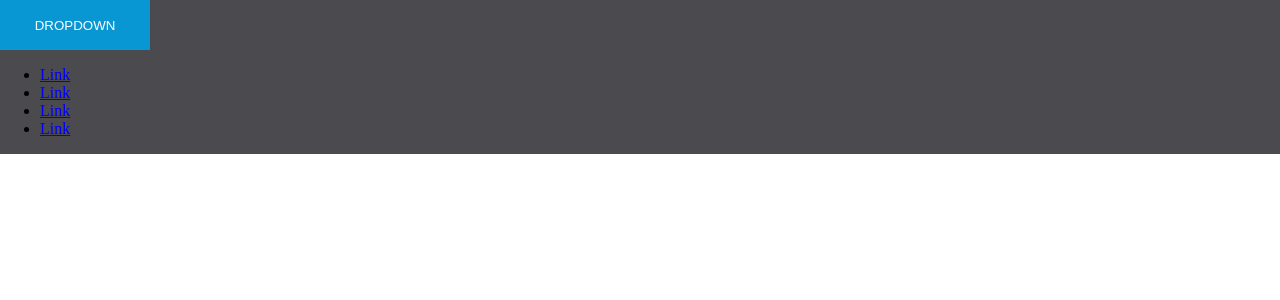
Repository: Scuzeme/pure_css_dropdown
Page: index.html
The author's editor kept a record of every edit. The page is drawn from the files as they stood at one moment, then again after the next edit.
The browser window is 1280 px wide. The pictures show the whole page.

Above is the page before.

### index.html
<!DOCTYPE html>
<html lang="en">
<head>
    <meta charset="UTF-8">
    <meta name="viewport" content="width=device-width, initial-scale=1.0">
    <meta http-equiv="X-UA-Compatible" content="ie=edge">
    <link rel="stylesheet" href="main.css" type="text/css" />
    <title>Document</title>
</head>
<body>
    <nav class="navDefault">
        <button>Dropdown</button>
        <ul class="dropdownMenu">
            <li class="dropdownItem"><a href="#" class="dropdownLink">Link</a></li>
            <li class="dropdownItem"><a href="#" class="dropdownLink">Link</a></li>
            <li class="dropdownItem"><a href="#" class="dropdownLink">Link</a></li>
            <li class="dropdownItem"><a href="#" class="dropdownLink">Link</a></li>
        </ul>
    </nav>

</body>
</html>

### main.css
.navDefault {
    position: fixed;
    top:0;
    left:0;
    right: 0;
    background-color: #4a4a4f;
}

button {
    border:none;
    background-color: #0997d3;
    width: 150px;
    height:50px;
    color:#fff;
    text-transform: uppercase;
    cursor:pointer;
}

After the next edit:
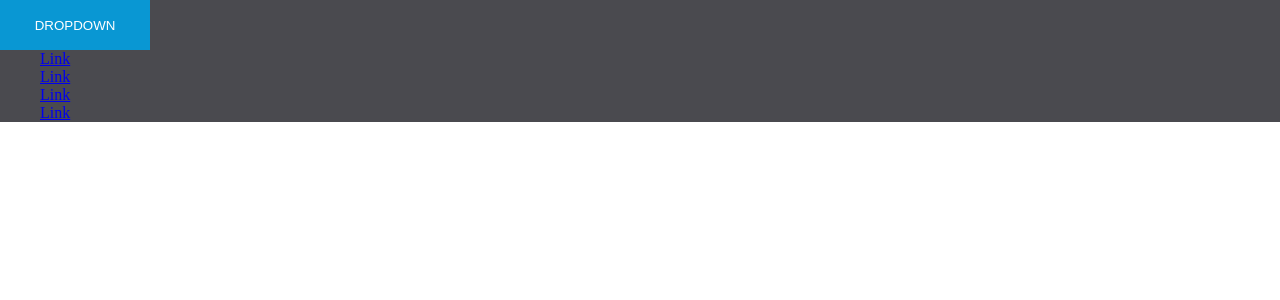
The edit:
--- a/main.css
+++ b/main.css
@@ -15,3 +15,8 @@ button {
     text-transform: uppercase;
     cursor:pointer;
 }
+
+.dropdownMenu{
+    list-style: none;
+    margin:0;
+}
